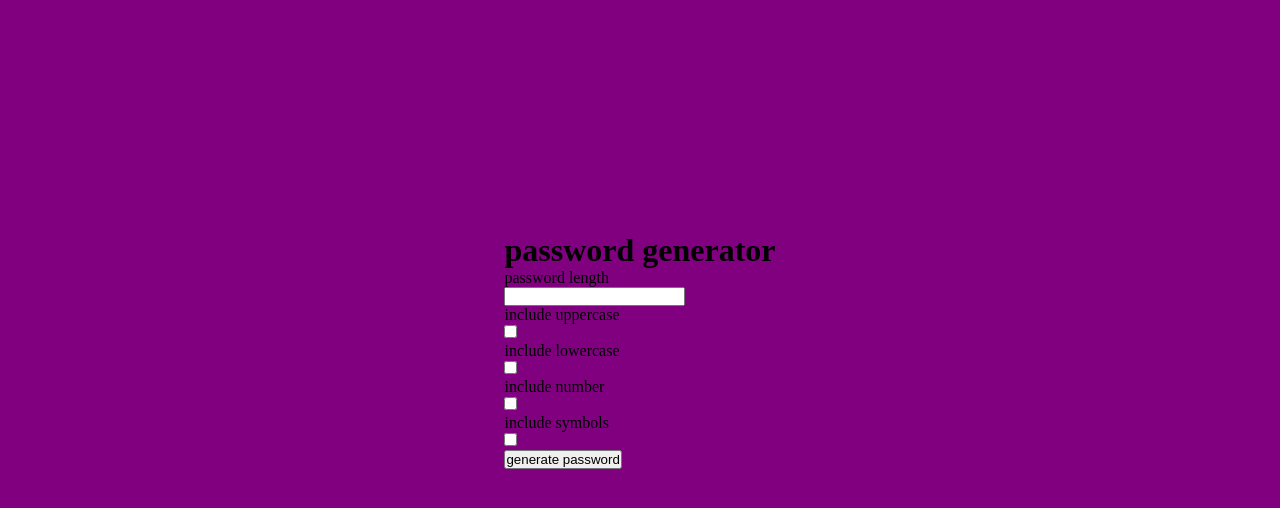
Repository: Eugene44-hub/password-generator
Page: index.html
An editor plug-in stored every save of this project. The page is shown before and after the next save, followed by the edit.
The browser window is 1280 px wide. The pictures show the whole page.

Above is the page before, as saved 2021-09-23 10:22:25.

### index.html
<!DOCTYPE html>
<html lang="en">

<head>
    <meta charset="UTF-8">
    <meta http-equiv="X-UA-Compatible" content="IE=edge">
    <meta name="viewport" content="width=device-width, initial-scale=1.0">
    <title>Document</title>
    <link rel="stylesheet" href="style.css">
</head>

<body>
    <div class="passwordGenerator">
        <h1>password generator</h1>
        <div class="password">

        </div>
        <div class="select-options">
            <p>password length</p>
            <input type="number">
            <p>include uppercase</p><input type="checkbox" id="uppercase">
            <p>include lowercase</p><input type="checkbox" id="lowercase">
            <p>include number</p><input type="checkbox" id="number">
            <p>include symbols</p><input type="checkbox" id="symbol">
        </div>
        <button id="generate-password">generate password</button>
    </div>
    <script src="app.js"></script>
</body>

</html>

</html>

### style.css
* {
    padding: 0;
    margin: 0;
    box-sizing: border-box;
}

body {
    display: flex;
    height: 700px;
    background-color: purple;
}

.passwordGenerator {
    margin: auto;
}

### app.js
// document.querySelector('.password').addEventListener('', e => {})
// console.log(String.fromCharCode())

const person = {
    name: 'Eugene',
    type: true,
    greeting: 'Hello'
}
let x = [{ lower: true }, { upper: false }, { number: true }, { symbol: true }];

// const rand = {
//     lower: true,
//     upper: true,
//     number: false,
//     symbol: true,
// }

// const functName =
//     console.log()

After the next save:
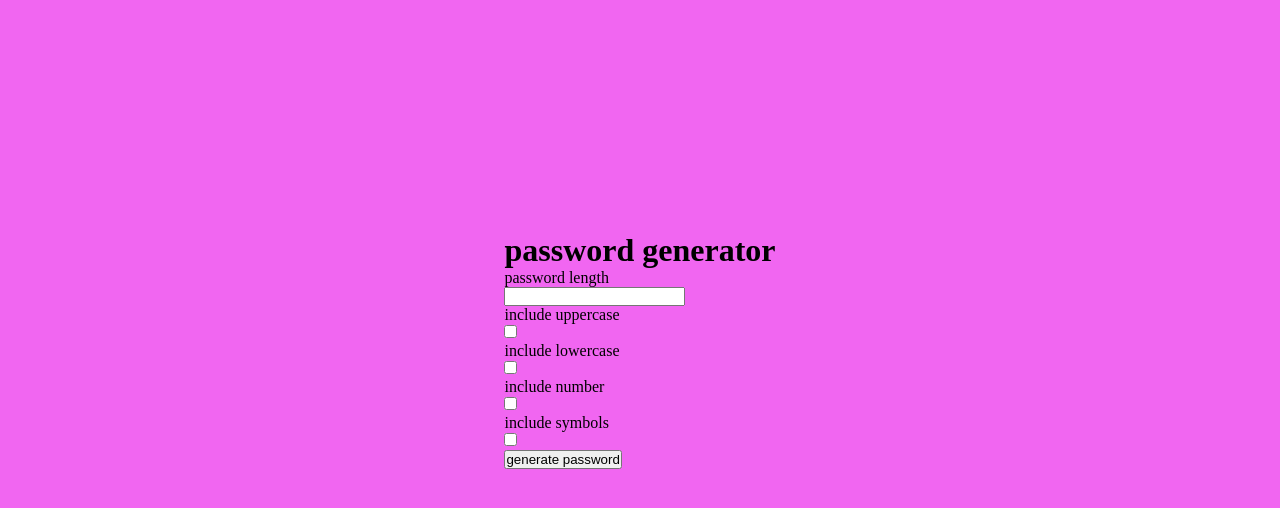
Saved 10 s later.
--- a/style.css
+++ b/style.css
@@ -7,7 +7,7 @@
 body {
     display: flex;
     height: 700px;
-    background-color: purple;
+    background-color: rgb(241, 102, 241);
 }
 
 .passwordGenerator {
